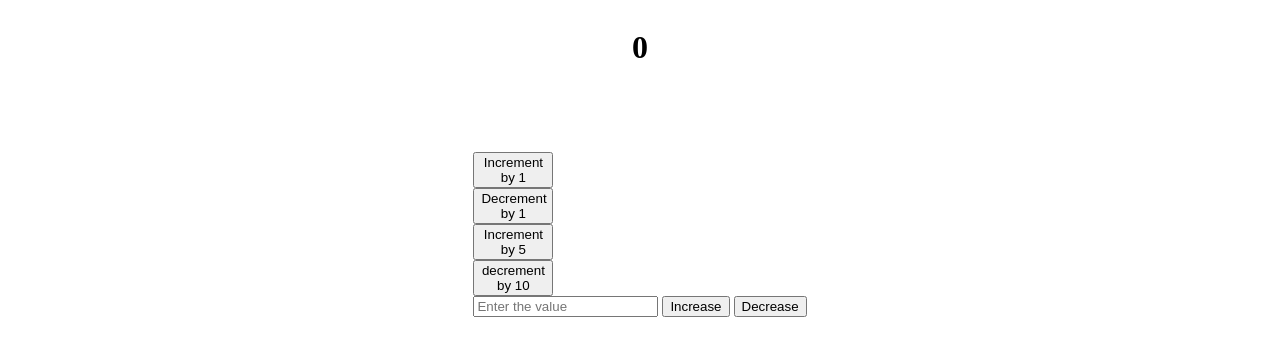
Repository: drumsmanku/micro-project-2
Page: index.html
An editor plug-in stored every save of this project. The page is shown before and after the next save, followed by the edit.
The browser window is 1280 px wide. The pictures show the whole page.

Above is the page before, as saved 2023-04-07 19:32:53.

### index.html
<!DOCTYPE html>
<html lang="en">
<head>
  <meta charset="UTF-8">
  <meta http-equiv="X-UA-Compatible" content="IE=edge">
  <meta name="viewport" content="width=device-width, initial-scale=1.0">
  <link rel="stylesheet" href="style.css">
  <title>micro Project 2</title>
</head>
<body>
  <div class="my-elements">
    <h1 id="h1-tag">0</h1>
    <div class="second-part">
      <div class="second-first-part">
        <button id="clicked-1">Increment by 1</button>
        <button id="clicked-2">Decrement by 1</button>
        <button id="clicked-3">Increment by 5</button>
        <button id="clicked-4">decrement by 10</button>
      </div>
      <div class="second-second-part">
        <input type="number" name="num" id="num" placeholder="Enter the value">
        <button id="inc-dec-1">Increase</button>
        <button id="inc-dec-2">Decrease</button>
      </div>

    </div>
  </div>
</body>
</html>

### style.css
.my-elements{
  display: flex;
  align-items: center;
  justify-content: center;
  flex-direction: column;
}

.second-part{
  display: flex;
  flex-direction: column;
  flex-wrap: wrap;
  margin-top: 4rem;
}

.second-first-part{
  display: flex;
  flex-direction: column;
}

.second-first-part button{
  width: 6em;
}

After the next save:
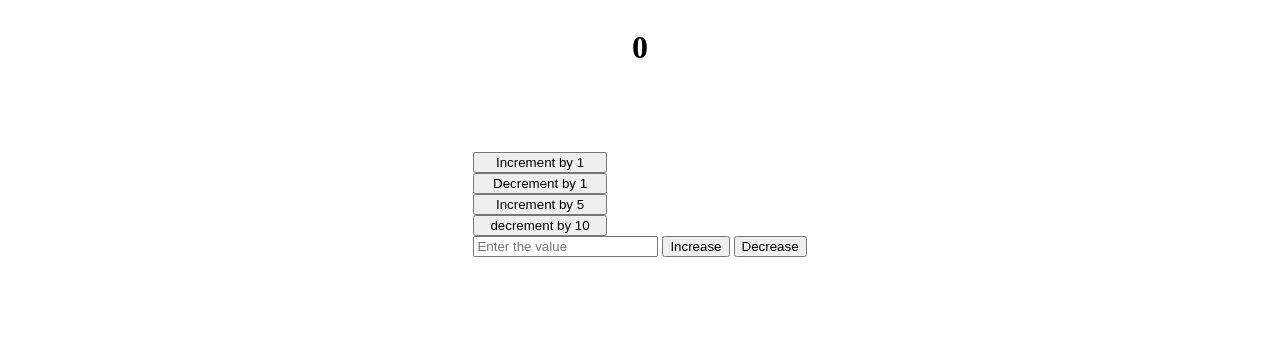
Saved 9 s later.
--- a/style.css
+++ b/style.css
@@ -18,5 +18,5 @@
 }
 
 .second-first-part button{
-  width: 6em;
+  width: 10em;
 }
